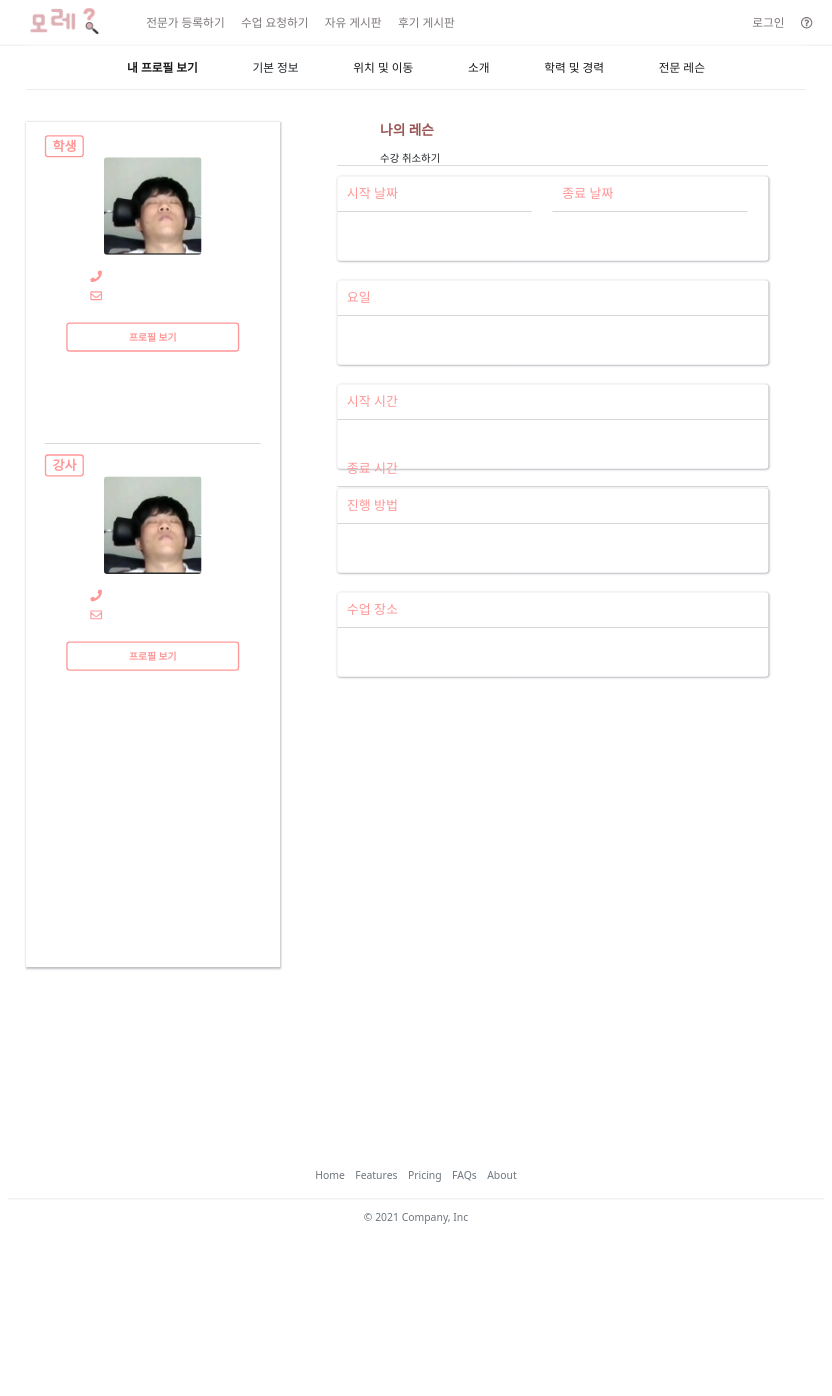
Repository: isssson/MVC2_more
Page: http://localhost/more/WEB-INF/views/document/documentContent.jsp
These files come from the project's save history. The page is drawn as it stood at one moment and after the next save; the edit follows.
The browser window is 1280 px wide. The pictures show the whole page, at 65% of full size.
Some web libraries are served in a nearby version. The page is served by Tomcat 9. Nobody is signed in. The template is opened directly, without the code that normally fills it, so the values that code supplies are empty.

Above is the page before, as saved 2021-12-09 06:18:58.

After the next save:
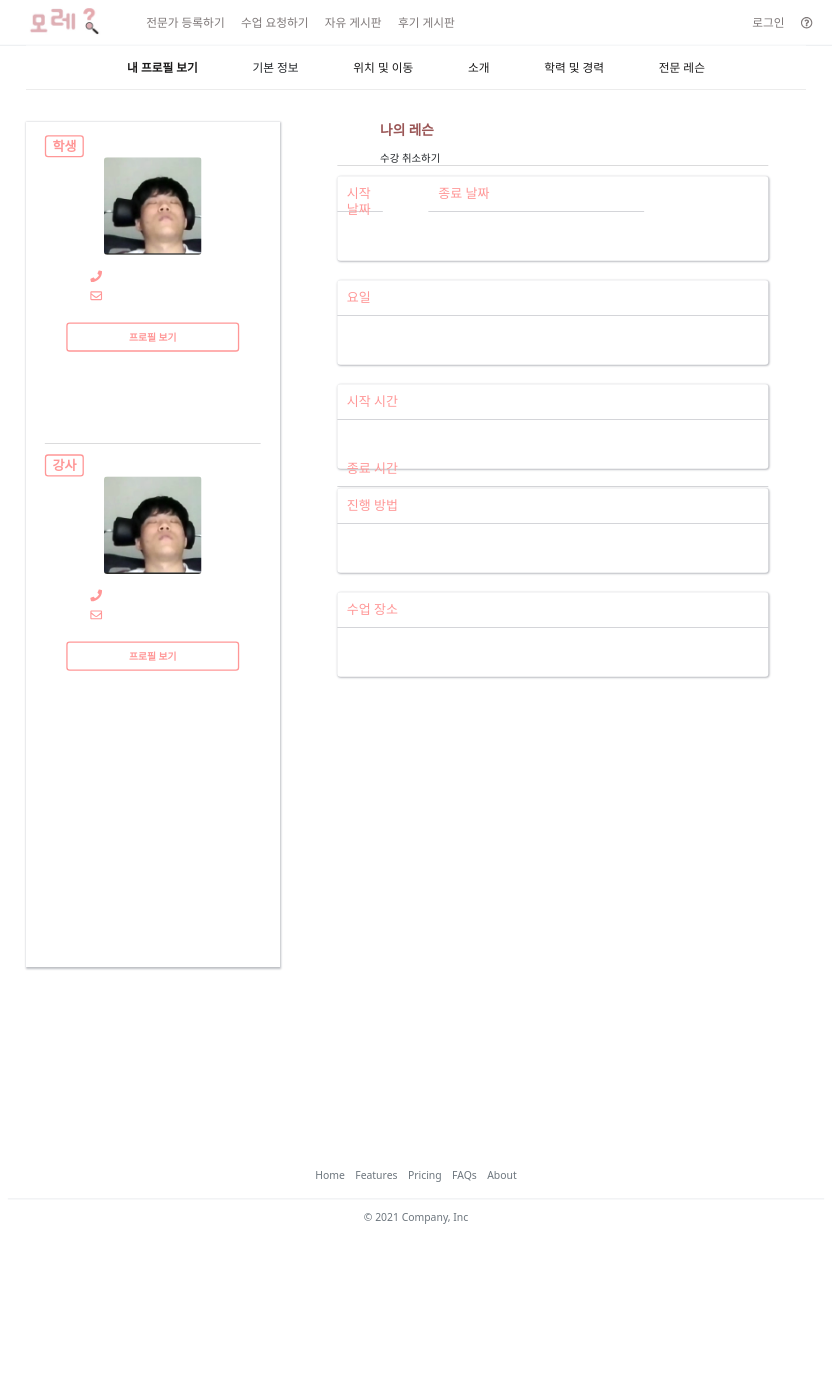
Saved 95 s later.
--- a/more/src/main/webapp/WEB-INF/views/document/documentContent.jsp
+++ b/more/src/main/webapp/WEB-INF/views/document/documentContent.jsp
@@ -38,6 +38,10 @@
 	border-radius: 5px;
 	box-shadow: 1px 1px 3px 1px #bdbfc4;
     }
+.aab{
+	display:flex;
+
+}
 .bbb{
     color:#ff9797;
     padding: 15px;
@@ -99,6 +103,7 @@
 					</div>
 					<hr>
 				<div class="aaa" style="display:flex; justify-content: space-between;">
+				<div class="aab">
 					<div class="bbb" style="width:50%;">
 						<h5>시작 날짜</h5>
 					</div>
@@ -107,6 +112,7 @@
 							<p class="card-text mb-5">${dto.start_date}</p>
 						</div>
 					</div>
+				</div>
 					<div class="bbb" style="width:50%;">
 						<h5>종료 날짜</h5>
 					</div>
